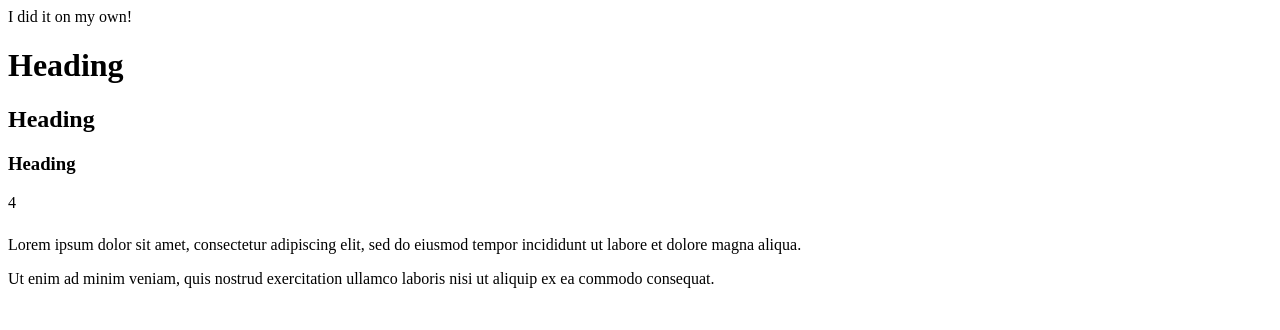
Repository: nashthecoder/code4days
Page: html_boilerplate/index.html
An editor plug-in stored every save of this project. The page is shown before and after a run of saves, followed by the edit.
The browser window is 1280 px wide. The pictures show the whole page.

Above is the page before, as saved 2023-03-16 14:38:05.

### html_boilerplate/index.html
<!DOCTYPE html>
<html lang="en">

<head>
    <meta charset="utf-8">
    <title>This is my First Webpage</title>
</head>

<body>
    I did it on my own!
</body>
<h1>Heading</h1>
<h2>Heading</h2>
<h3>Heading</h3>
<h>4</h>
<h5></h5>
<h6></h6>
<p>Lorem ipsum dolor sit amet, consectetur adipiscing elit, sed do eiusmod tempor incididunt ut labore et dolore magna
    aliqua.
</p>
<p>Ut enim ad minim veniam, quis nostrud exercitation ullamco laboris nisi ut aliquip ex ea commodo consequat.
</p>

</html>

After the next 2 saves:
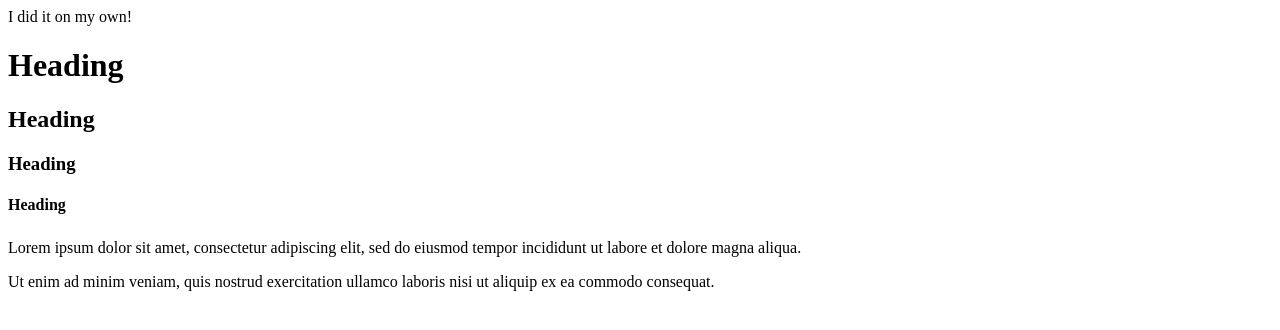
The 2 saves are shown as one change because they came seconds apart.
The last was saved 7 s later.
--- a/html_boilerplate/index.html
+++ b/html_boilerplate/index.html
@@ -12,7 +12,7 @@
 <h1>Heading</h1>
 <h2>Heading</h2>
 <h3>Heading</h3>
-<h>4</h>
+<h4>Heading</h4>
 <h5></h5>
 <h6></h6>
 <p>Lorem ipsum dolor sit amet, consectetur adipiscing elit, sed do eiusmod tempor incididunt ut labore et dolore magna
